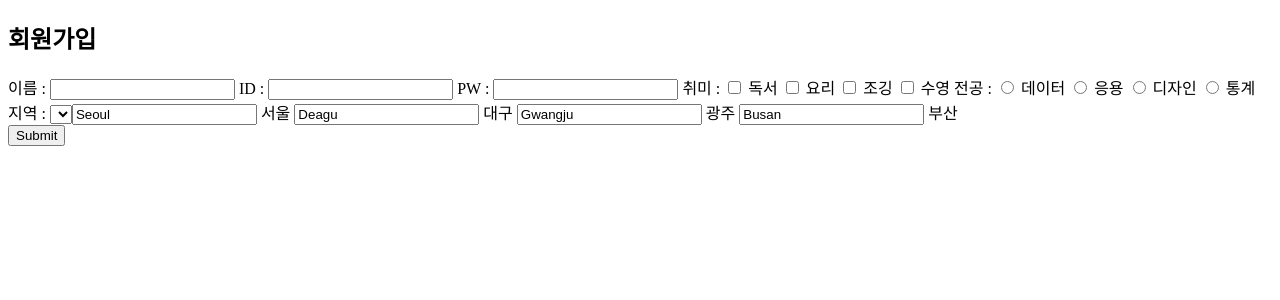
Repository: xxihyun0830/JSP
Page: http://localhost/Day3_getpost/join.jsp
The author's editor kept a copy of each file at every save. The page is drawn from the files as they stood at one save, then again after the next save.
The browser window is 1280 px wide. The pictures show the whole page.
The page is served by Tomcat 9.

Above is the page before, as saved 2019-07-11 04:45:59.

After the next save:
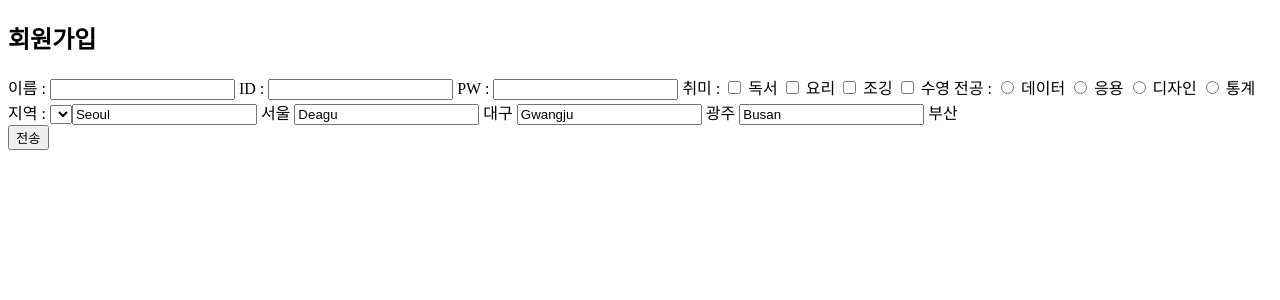
Saved 34 s later.
--- a/Day3_getpost/WebContent/join.jsp
+++ b/Day3_getpost/WebContent/join.jsp
@@ -9,7 +9,7 @@
 <body>
 <h2>회원가입</h2>
 <tr>
-<form action = "JoinOK.java" method = "get">
+<form action = "Join" method = "get">
 이름 : <input type = "text" name = "name" >
 ID : <input type = "text" name = "id">
 PW : <input type = "password" name = "pw">
@@ -29,7 +29,7 @@ PW : <input type = "password" name = "pw">
 </select>
 </form>
 
-<input type = "submit" ㅜ믇value = "전송">
+<input type = "submit" value = "전송">
 
 </body>
 </html>
